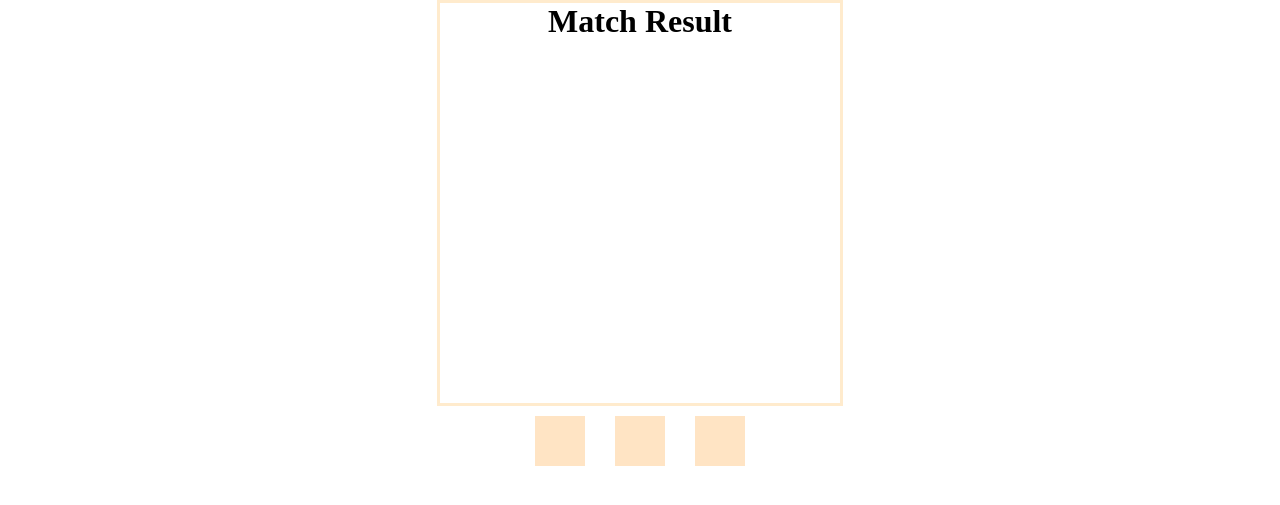
Repository: stevenxylver/mini-games
Page: index.html
An editor plug-in stored every save of this project. The page is shown before and after the next save, followed by the edit.
The browser window is 1280 px wide. The pictures show the whole page.

Above is the page before, as saved 2022-07-16 13:30:20.

### index.html
<!DOCTYPE html>
<html lang="en">
<head>
    <meta charset="UTF-8">
    <meta http-equiv="X-UA-Compatible" content="IE=edge">
    <meta name="viewport" content="width=device-width, initial-scale=1.0">
    <title>Mini games</title>
    <link rel="stylesheet" href="style.css"/>
</head>
<body>
    <div id="app">
        <div class="summary">
            <h1 class="title">Match Result</h1>
            <h1 class="result"></h1>
        </div>
        <div class="games">
            <div class="games">
                <div class="option"></div>
                <div class="option"></div>
                <div class="option"></div>
            </div>
        </div>
    </body>
    </html>

### style.css
:root {
    box-sizing: border-box;
}

html,
body,
*{
    margin: 0;
    padding: 0;
}

#app {
    height: 100vh;
}

.summary{
    margin: 0 auto;
    border:  3px solid blanchedalmond;
    width: 400px;
    height: 400px;
    text-align: center;
}

.games{
    display: flex;
    justify-content: center;
    align-items: center;

}

.option {
    width: 30%;
    margin: 10px 15px ;
    padding: 25px;
    text-align: center;
    font-size: 40px;
    background-color: bisque;
}

After the next save:
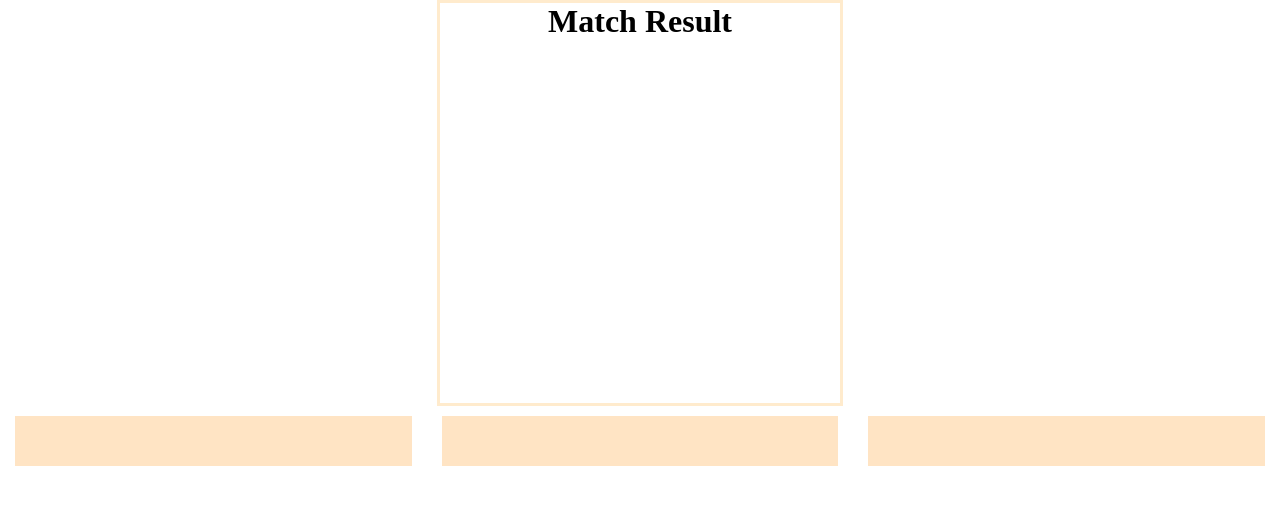
Saved 2 min 1 s later.
--- a/index.html
+++ b/index.html
@@ -1,12 +1,15 @@
 <!DOCTYPE html>
 <html lang="en">
+
 <head>
     <meta charset="UTF-8">
     <meta http-equiv="X-UA-Compatible" content="IE=edge">
     <meta name="viewport" content="width=device-width, initial-scale=1.0">
     <title>Mini games</title>
     <link rel="stylesheet" href="style.css"/>
+
 </head>
+
 <body>
     <div id="app">
         <div class="summary">
@@ -14,11 +17,12 @@
             <h1 class="result"></h1>
         </div>
         <div class="games">
-            <div class="games">
                 <div class="option"></div>
                 <div class="option"></div>
                 <div class="option"></div>
             </div>
         </div>
+
     </body>
+
     </html>
